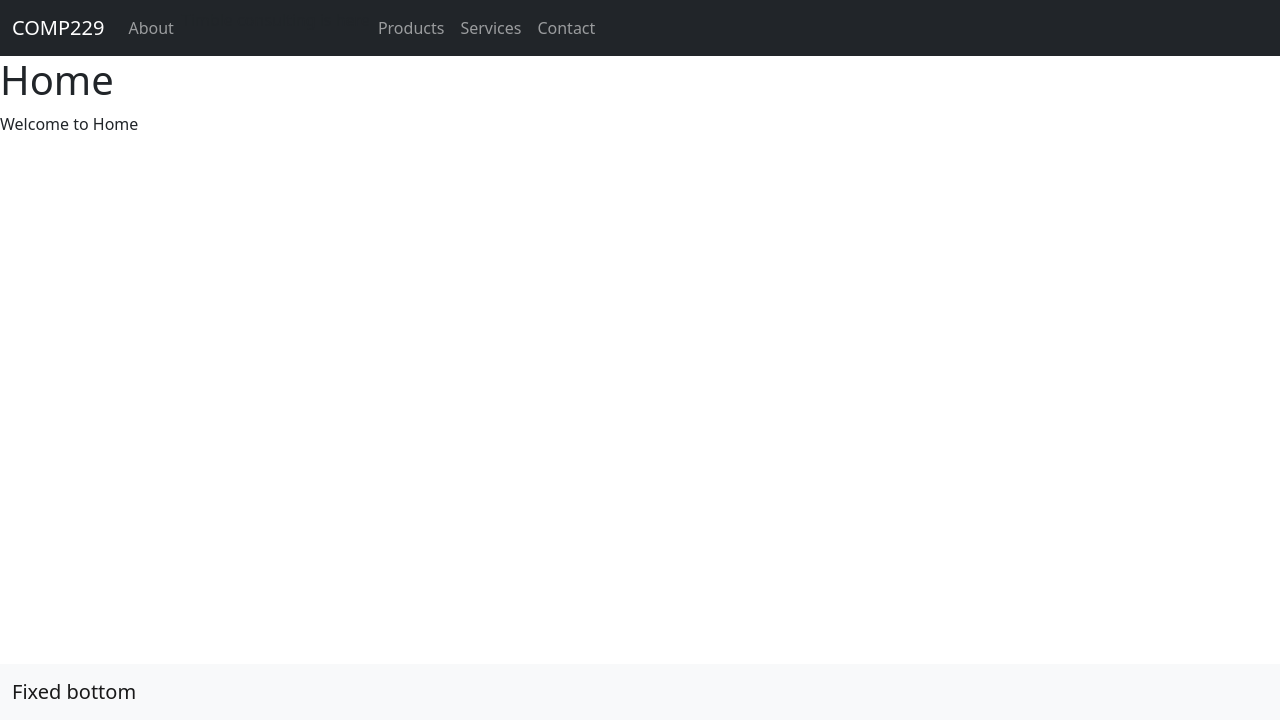
Repository: BlessingAjiboye/WEEK3DEP
Page: http://localhost/
These files come from the project's save history. The page is drawn as it stood at one moment and after the next save; the edit follows.
The browser window is 1280 px wide. The pictures show the whole page.
The page is served by the project's Node server (server.js). Other server files are loaded and not shown.

Above is the page before, as saved 2022-09-21 20:54:50.

### views/index.ejs
<%-include partials/header.ejs%>
<%-include partials/main_nav.ejs%>




  <h1><%= title %></h1>
  <p>Welcome to <%= title %></p>

  <!--Script section-->
  <%-include partials/bottom_nav.ejs%>
<%-include partials/footer.ejs%>

### views/partials/header.ejs
<!DOCTYPE html>
<html lang="en">
<head>
  <meta charset="UTF-8">
  <meta http-equiv="X-UA-Compatible" content="IE=edge">
  <meta name="viewport" content="width=device-width, initial-scale=1.0">
  <title><%= title %></title>
  <!--css section-->
  <link rel="stylesheet"href="/bootstrap/dist/css/bootstrap.min.css"/>
  <link rel="stylesheet"href="@fortawesome/fontawesome-free/css/all.min.css"/>
  <link rel='stylesheet' href='/Content/app.css' />
</head>
<body>

### views/partials/main_nav.ejs
<nav class="navbar navbar-expand-lg navbar-dark bg-dark">
    <div class="container-fluid">
      <a class="navbar-brand" href="#">COMP229</a>
      <button class="navbar-toggler" type="button" data-bs-toggle="collapse" data-bs-target="#navbarSupportedContent" aria-controls="navbarSupportedContent" aria-expanded="false" aria-label="Toggle navigation">
        <span class="navbar-toggler-icon"></span>
      </button>
      <div class="collapse navbar-collapse" id="navbarSupportedContent">
        <ul class="navbar-nav me-auto mb-2 mb-lg-0">
          <% if (title =="Home"){%>
           <li class="nav-item active">
              <%} else {%>
            <a class="nav-link active" aria-current="page" href="/home">Home</a>
            <%}%>
            </li>
            <% if (title =="About"){%>
               <li class="nav-item active">
                <%} else {%>
                <a class="nav-link" href="about">About</a>
                <%}%>
          </li>
          <p>Timble consulting is here</p>

          <% if (title =="Products"){%>
            <li class="nav-item active">
              <%} else {%>
                <a class="nav-link" href="products">Products</a>
                <%}%>
          </li>

          <% if (title =="Services"){%>
            <li class="nav-item active">
              <%} else {%>
              <a class="nav-link" href="services">Services</a>
            <%}%>
          </li>

          <% if (title =="Contact"){%>
            <li class="nav-item active">
              <%} else {%>
                <a class="nav-link" href="contact">Contact</a>
                <%}%>
          </li>

      </div>
    </div>
  </nav>

### views/partials/bottom_nav.ejs
<footer><nav class="navbar fixed-bottom bg-light">
    <div class="container-fluid">
      <a class="navbar-brand" href="#">Fixed bottom</a>
    </div>
    <h6 class="display-6"&copy;2022 All rights reserved.></h6>
  </nav>
</footer>

### views/partials/footer.ejs
<script src="/jquery/dist/jquery.min.js"></script>
  <script src="/bootstrap/dist/js/bootstrap.min.js"></script>
  <script src="/Scripts/app.js"></script>
</body>
</html>

### server.js
#!/usr/bin/env node

/**
 * Module dependencies.
 */

var app = require('./app');
var debug = require('debug')('week344:server');
var http = require('http');

/**
 * Get port from environment and store in Express.
 */

var port = normalizePort(process.env.PORT || '3000');
app.set('port', port);

/**
 * Create HTTP server.
 */

var server = http.createServer(app);

/**
 * Listen on provided port, on all network interfaces.
 */

server.listen(port);
server.on('error', onError);
server.on('listening', onListening);

/**
 * Normalize a port into a number, string, or false.
 */

function normalizePort(val) {
  var port = parseInt(val, 10);

  if (isNaN(port)) {
    // named pipe
    return val;
  }

  if (port >= 0) {
    // port number
    return port;
  }

  return false;
}

/**
 * Event listener for HTTP server "error" event.
 */

function onError(error) {
  if (error.syscall !== 'listen') {
    throw error;
  }

  var bind = typeof port === 'string'
    ? 'Pipe ' + port
    : 'Port ' + port;

  // handle specific listen errors with friendly messages
  switch (error.code) {
    case 'EACCES':
      console.error(bind + ' requires elevated privileges');
      process.exit(1);
      break;
    case 'EADDRINUSE':
      console.error(bind + ' is already in use');
      process.exit(1);
      break;
    default:
      throw error;
  }
}

/**
 * Event listener for HTTP server "listening" event.
 */

function onListening() {
  var addr = server.address();
  var bind = typeof addr === 'string'
    ? 'pipe ' + addr
    : 'port ' + addr.port;
  debug('Listening on ' + bind);
}

### routes/index.js
var express = require('express');
var router = express.Router();

/* GET home page. */
router.get('/', function(req, res, next) {
  res.render('index', { title: 'Home' });
});

router.get('/home', function(req, res, next) {
  res.render('index', { title: 'Home' });
});
router.get('/about', function(req, res, next) {
  res.render('index', { title: 'About' });
});

router.get('/Products', function(req, res, next) {
  res.render('index', { title: 'Products' });
});

router.get('/Services', function(req, res, next) {
  res.render('index', { title: 'Services' });
});

router.get('/Contact', function(req, res, next) {
  res.render('index', { title: 'Contact' });
});
module.exports = router;

### app.js
var createError = require('http-errors');
var express = require('express');
var path = require('path');
var cookieParser = require('cookie-parser');
var logger = require('morgan');

var indexRouter = require('./routes/index');
var usersRouter = require('./routes/users');

var app = express();

// view engine setup
app.set('views', path.join(__dirname, 'views'));
app.set('view engine', 'ejs');

app.use(logger('dev'));
app.use(express.json());
app.use(express.urlencoded({ extended: false }));
app.use(cookieParser());
app.use(express.static(path.join(__dirname, 'public')));
app.use(express.static(path.join(__dirname, 'node_modules')));
app.use('/', indexRouter);
app.use('/users', usersRouter);

// catch 404 and forward to error handler
app.use(function(req, res, next) {
  next(createError(404));
});

// error handler
app.use(function(err, req, res, next) {
  // set locals, only providing error in development
  res.locals.message = err.message;
  res.locals.error = req.app.get('env') === 'development' ? err : {};

  // render the error page
  res.status(err.status || 500);
  res.render('error',{title:'Error'});
});

module.exports = app;

### public/Content/app.css
/* custom css goes here*/

### public/Scripts/app.js
(function(){
    function start()
    {
        console.log("App started...");
    }
    window.addEventListener("load",start);
})();

After the next save:
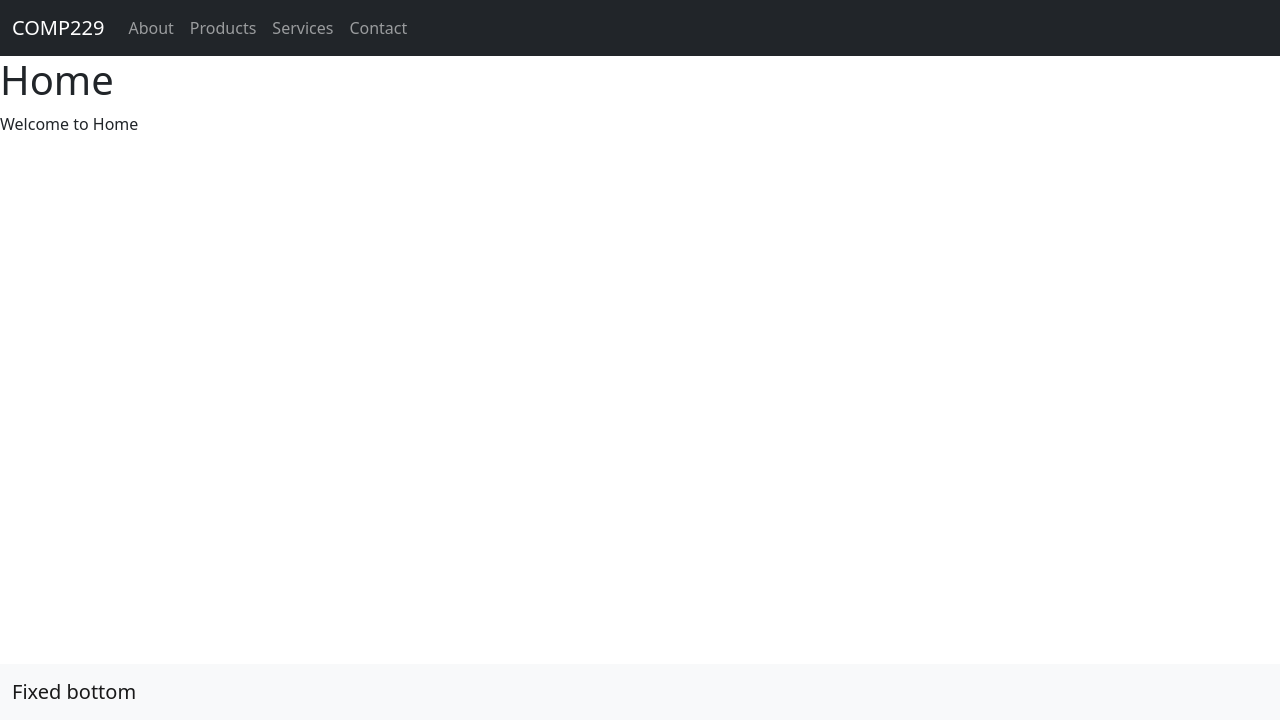
Saved 42 s later.
--- a/views/partials/main_nav.ejs
+++ b/views/partials/main_nav.ejs
@@ -18,7 +18,6 @@
                 <a class="nav-link" href="about">About</a>
                 <%}%>
           </li>
-          <p>Timble consulting is here</p>
 
           <% if (title =="Products"){%>
             <li class="nav-item active">
